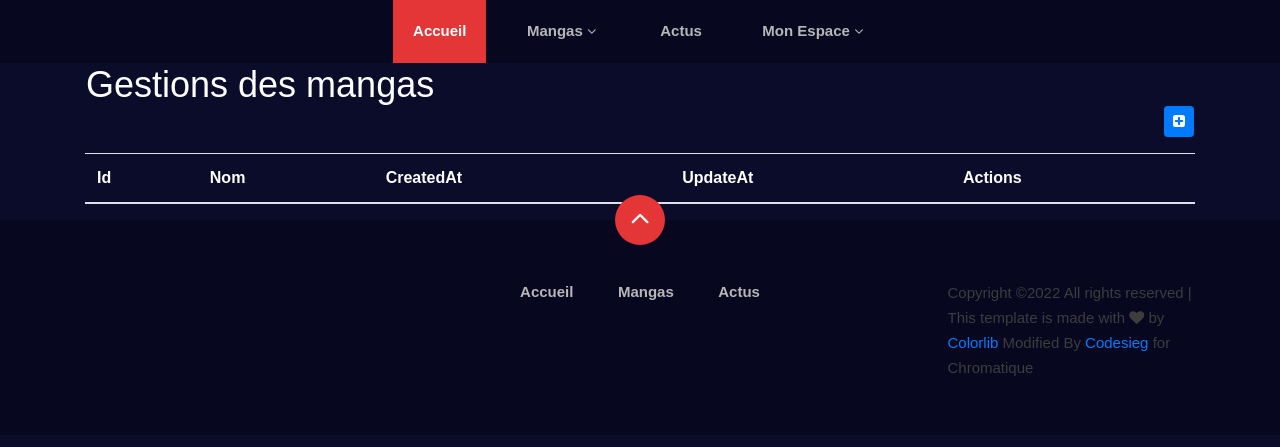
Repository: Codesieg/Chromatique
Page: chromatique/resources/views/admin/browse.blade.php
An editor plug-in stored every save of this project. The page is shown before and after the next save, followed by the edit.
The browser window is 1280 px wide. The pictures show the whole page.
Some web fonts or font styles are not loaded; a fallback is used. The page is served by the project's Laravel application, run on PHP 8.4 with Laravel 8. Other server files are loaded and not shown. The template is opened directly, without the code that normally fills it, so the values that code supplies are empty.

Above is the page before, as saved 2022-04-03 16:29:14.

### chromatique/routes/web.php
<?php


use Illuminate\Support\Facades\Auth;
use Illuminate\Support\Facades\Route;
use App\Http\Controllers\PagesController;
use App\Http\Controllers\TomesController;
use App\Http\Controllers\MangasController;
use App\Http\Controllers\Auth\LoginController;
use App\Http\Controllers\Admin\AdminTomesController;
use App\Http\Controllers\Admin\AdminMangasController;


/*
|--------------------------------------------------------------------------
| Web Routes
|--------------------------------------------------------------------------
|
| Here is where you can register web routes for your application. These
| routes are loaded by the RouteServiceProvider within a group which
| contains the "web" middleware group. Now create something great!
|
*/
//-------------- Route front ----------------
// Route::get('/', [MangasController::class,'browse'])->name('browse_mangas');

Route::get(
    '/',
    [MangasController::class, 'browse']
)->name('browse_mangas');

Route::get(
    '/tome/browse/{id}',
    [TomesController::class,'browse']
)->name('browse_tomes');

Route::get(
    '/tome/page/{id}',
    [PagesController::class,'read']
)->name('browse_pages');

// Route::post(
//     '/logout',
//     [LoginController::class,'logout']
// )->name('user_logout');

//-------------- Route back-office manga ----------------

Route::get(
    '/admin',
    [AdminMangasController::class, 'browse']
)->name('admin_browse_mangas')->middleware('auth');

// Route affichant le formulaire d'ajout d'un manga
Route::get(
    '/admin/add/manga',
    [AdminMangasController::class, 'form']
)->name('admin_form_manga')->middleware('auth');

//  Route ajoutant le manga, au clique sur le formulaire
Route::post(
    '/admin/add/manga',
    [AdminMangasController::class, 'add']
)->name('admin_add_manga')->middleware('auth');

// Supprimer un manga
Route::delete(
    '/admin/delete/{id}',
    [AdminMangasController::class, 'delete']
)->name('admin_delete_manga')->middleware('auth');

//  Route qui vient scanner le dossier publique au clique sur le bouton scanner
Route::post(
    '/admin/insert',
    [AdminMangasController::class, 'insert']
)->name('admin_insert_manga')->middleware('auth');

// Permet d'afficher le forms de modification d'un manga
Route::get(
    '/admin/manga/edit/{id}',
    [AdminMangasController::class, 'form_edit']
)->name('admin_form_edit_manga')->middleware('auth');

// Permet d'enregistrer les modifications d'un manga
Route::post(
    '/admin/manga/edit/{id}',
    [AdminMangasController::class, 'edit']
)->name('admin_edit_manga')->middleware('auth');

//-------------- Route back-office tome ----------------

// On récupère l'id du manga sur cette route et on affiche le formulaire d'ajout d'un tome par rapport à ça franchise
Route::get(
    '/admin/add/tome/{id}',
    [AdminTomesController::class, 'form']
)->name('admin_form_tome')->middleware('auth');

// On ajoute un tome
Route::post(
    '/admin/add/tome',
    [AdminTomesController::class, 'add']
)->name('admin_add_tome')->middleware('auth');

// On liste tous les tomes de tous les mangas
Route::get(
    '/admin/tome/',
    [AdminTomesController::class, 'browse']
)->name('admin_browse_tomes')->middleware('auth');

// On liste tous les tomes d'un manga
Route::get(
    '/admin/tome/{id}',
    [AdminTomesController::class, 'read']
)->name('admin_read_tome')->middleware('auth');

// Permet de supprimer un tome
Route::delete(
    '/admin/delete/tome/{id}',
    [AdminTomesController::class, 'delete']
)->name('admin_delete_tome')->middleware('auth');

// Permet de modifier un tome
Route::get(
    '/admin/tome/edit/{id}',
    [AdminTomesController::class, 'edit']
)->name('admin_edit_tome')->middleware('auth');

// ---------------route d'authentification------------

Auth::routes();

### chromatique/app/Http/Controllers/Auth/ConfirmPasswordController.php
<?php

namespace App\Http\Controllers\Auth;

use App\Http\Controllers\Controller;
use App\Providers\RouteServiceProvider;
use Illuminate\Foundation\Auth\ConfirmsPasswords;

class ConfirmPasswordController extends Controller
{
    /*
    |--------------------------------------------------------------------------
    | Confirm Password Controller
    |--------------------------------------------------------------------------
    |
    | This controller is responsible for handling password confirmations and
    | uses a simple trait to include the behavior. You're free to explore
    | this trait and override any functions that require customization.
    |
    */

    use ConfirmsPasswords;

    /**
     * Where to redirect users when the intended url fails.
     *
     * @var string
     */
    protected $redirectTo = RouteServiceProvider::LOGIN;

    /**
     * Create a new controller instance.
     *
     * @return void
     */
    public function __construct()
    {
        $this->middleware('auth');
    }
}

### chromatique/resources/views/admin/browse.blade.php
@extends ('layout')

@section('contenu')

<div class="container">
    <h2 class="white mx-3">Gestions des mangas</h2>
    <div class="d-flex justify-content-end mb-3 px-3">
        <button type="button" class="btn btn-primary btn-sm white"><a class="text-decoration-none text-white" href="{{route('admin_form_manga')}}"><i class="fa fa-plus-square white"></i></a></button>
    </div>
    <div class="col-12">
        <table class="table">
            <thead>
            <tr>
                <th class="text-white">Id</th>
                <th class="text-white">Nom</th>
                <th class="text-white">CreatedAt</th>
                <th class="text-white">UpdateAt</th>
                <th class="text-white">Actions</th>
            </tr>
            </thead>
            <tbody>
            @foreach ($listMangas as $manga)
            <tr>
                <td class="text-white">{{$manga->id}}</td>
                <td class="text-white">{{$manga->manga_name}}</td>
                <td class="text-white">{{$manga->created_at}}</td>
                <td class="text-white">{{$manga->update_at}}</td>
                <td class="btn-actions">
                    <div class="d-flex">
                        <button type="button" class="btn btn-success btn-sm">
                            <a class="text-decoration-none text-white"  href="{{route('admin_form_edit_manga', ['id' => $manga->id]) }}" data-toggle="tooltip" data-placement="bottom" title="Modifier le manga"><i class="fa fa-edit white"></i></a>
                        </button>

                        <button type="button" class="btn btn-success btn-sm mx-2">
                            <a class="text-decoration-none text-white" href="{{route('admin_read_tome', ['id' => $manga->id]) }}" data-toggle="tooltip" data-placement="bottom" title="Voir les tomes"><i class="fa fa-eye white"></i></a>
                        </button>
                            <form action="{{route('admin_delete_manga', ['id' => $manga->id])}}" method="post">
                                <button type="submit" class="btn-trash">
                                    <i class="fa fa-trash white"></i>
                                    <input type="hidden" name="_method" value="delete" />
                                    @csrf
                                </button>
                            </form>
                    </div>
                </td>
            </tr>
            @endforeach
            </tbody>
        </table>
    </div>
</div>
@endsection

### chromatique/resources/views/layout.blade.php
<!DOCTYPE html>
<html lang="french">

<head>
    <meta charset="UTF-8">
    <meta name="description" content="Chromatique team">
    <meta name="keywords" content="Manga, unica, creative, html">
    <meta name="viewport" content="width=device-width, initial-scale=1.0">
    <meta http-equiv="X-UA-Compatible" content="ie=edge">
    <title>Chromatique</title>

    <!-- Google Font -->
    <link href="https://fonts.googleapis.com/css2?family=Oswald:wght@300;400;500;600;700&display=swap" rel="stylesheet">
    <link href="https://fonts.googleapis.com/css2?family=Mulish:wght@300;400;500;600;700;800;900&display=swap"
    rel="stylesheet">

    <!-- Css Styles -->
    <link rel="stylesheet" href=<?= asset('assets/css/bootstrap.min.css') ?> type="text/css">
    <link rel="stylesheet" href=<?= asset('assets/css/font-awesome.min.css') ?> type="text/css">
    <link rel="stylesheet" href=<?= asset('assets/css/elegant-icons.css') ?> type="text/css">
    <link rel="stylesheet" href=<?= asset('assets/css/plyr.css') ?> type="text/css">
    <link rel="stylesheet" href=<?= asset('assets/css/nice-select.css') ?> type="text/css">
    <link rel="stylesheet" href=<?= asset('assets/css/owl.carousel.min.css') ?> type="text/css">
    <link rel="stylesheet" href=<?= asset('assets/css/slicknav.min.css') ?> type="text/css">
    <link rel="stylesheet" href=<?= asset('assets/css/style.css') ?> type="text/css">
</head>
<!-- Page Preloder -->
<div id="preloder">
    <div class="loader"></div>
</div>

    <!-- Header Section Begin -->
    <header class="header">
        <div class="container">
            <div class="row">
                <div class="col-lg-2">
                    <div class="header__logo">
                        <a href="{{route('browse_mangas')}}">
                            <img src="img/logo.png" alt="">
                        </a>
                    </div>
                </div>
                <div class="col-lg-8">
                    <div class="header__nav">
                        <nav class="header__menu mobile-menu">
                            <ul>
                                <li class="active"><a href="{{route('browse_mangas')}}">Accueil</a></li>
                                <li><a>Mangas<span class="arrow_carrot-down"></span></a>
                                    <ul class="dropdown">
                                        <li><a href="">Naruto</a></li>
                                        <li><a href="">Bleach</a></li>
                                        <li><a href="">Alice in Borderland</a></li>
                                        <li><a href="">One Piece</a></li>
                                        <li><a href="">Death Note</a></li>
                                        <li><a href="">Dragon Ball</a></li>
                                    </ul>
                                </li>
                                <li><a href="">Actus</a></li>
                                {{-- <li><a href="#">Contacts</a></li> --}}
                                {{-- <a href="#" class="search-switch"><span class="icon_search"></span></a> --}}
                                <li><a>Mon Espace<span class="arrow_carrot-down"></span></a>
                                    <ul class="dropdown">
                                        @if (!Auth::check())
                                        <li><a href="{{route('login')}}">Connexion</a></li>
                                            <li><a href="{{route('register')}}">Inscription</a></li>
                                        @else
                                        <li>
                                            <a href="{{ route('logout') }}"
                                            onclick="event.preventDefault();
                                                                document.getElementById('logout-form').submit();">
                                                {{ __('Deconnexion') }}
                                            </a>
                                            <form id="logout-form" action="{{ route('logout') }}" method="POST" style="display: none;">
                                                @csrf
                                            </form>
                                            @endif
                                        </li>

                                        @if (Auth::check())
                                        <li><a href="{{route('admin_browse_mangas')}}">Gestion Manga</a></li>
                                        <li><a href="{{route('admin_browse_tomes')}}">Gestion Tome</a></li>
                                        <li><a href="">Gestion des utilisateur</a></li>
                                        @endif
                                    </ul>
                                </li>
                            </ul>
                        </nav>
                    </div>
                </div>
            </div>
            <div id="mobile-menu-wrap"></div>
        </div>
    </header>
    <!-- Header End -->
<body>
    <!-- wrap -->
    @include('layouts/flash-message')
    <div class="wrapper">

    @yield('contenu')
    </div>


</body>
@include('layouts/footer')


<script src="https://cdn.jsdelivr.net/npm/bootstrap@5.0.0-beta3/dist/js/bootstrap.bundle.min.js" integrity="sha384-JEW9xMcG8R+pH31jmWH6WWP0WintQrMb4s7ZOdauHnUtxwoG2vI5DkLtS3qm9Ekf" crossorigin="anonymous"></script>
<!-- Js Plugins -->
<script src="<?= asset('assets/js/jquery-3.3.1.min.js') ?>"></script>
<script src="<?= asset('assets/js/bootstrap.min.js') ?>"></script>
<script src="<?= asset('assets/js/player.js') ?>"></script>
<script src="<?= asset('assets/js/jquery.nice-select.min.js') ?>"></script>
<script src="<?= asset('assets/js/mixitup.min.js') ?>"></script>
<script src="<?= asset('assets/js/jquery.slicknav.js') ?>"></script>
<script src="<?= asset('assets/js/owl.carousel.min.js') ?>"></script>
<script src="<?= asset('assets/js/main.js') ?>"></script>
</html>

### chromatique/resources/views/layouts/flash-message.blade.php
@if ($message = Session::get('success'))
<div class="alert alert-success alert-block ">
        <strong>{{ $message }}</strong>
</div>
@endif


@if ($message = Session::get('error'))
<div class="alert alert-danger alert-block ">
        <strong>{{ $message }}</strong>
</div>
@endif


@if ($message = Session::get('warning'))
<div class="alert alert-warning alert-block">
	<strong>{{ $message }}</strong>
</div>
@endif


@if ($message = Session::get('info'))
<div class="alert alert-info alert-block ">
	<strong>{{ $message }}</strong>
</div>
@endif


@if ($errors->any())
<div class="alert alert-danger ">
    Please check the form below for errors
</div>
@endif

### chromatique/resources/views/layouts/footer.blade.php
<!-- Footer Section Begin -->
<footer class="footer">
    <div class="page-up">
        <a href="#" id="scrollToTopButton"><span class="arrow_carrot-up"></span></a>
    </div>
    <div class="container">
        <div class="row">
            <div class="col-lg-3">
                <div class="footer__logo">
                    <a href="./index.html"><img src="" alt=""></a>
                </div>
            </div>
            <div class="col-lg-6">
                <div class="footer__nav">
                    <ul>
                        <li class="active"><a href="{{route('browse_mangas')}}">Accueil</a></li>
                        <li><a href="{{route('browse_mangas')}}">Mangas</a></li>
                        <li><a href="">Actus</a></li>
                    </ul>
                </div>
            </div>
            <div class="col-lg-3">
                <p><!-- Link back to Colorlib can't be removed. Template is licensed under CC BY 3.0. -->
                Copyright &copy;<script>document.write(new Date().getFullYear());</script> All rights reserved | This template is made with <i class="fa fa-heart" aria-hidden="true"></i> by <a href="https://colorlib.com" target="_blank">Colorlib</a>
                Modified By <a href="http://chromatique.codesieg.fr">Codesieg </a>for Chromatique
                <!-- Link back to Colorlib can't be removed. Template is licensed under CC BY 3.0. --></p>

            </div>
        </div>
    </div>
</footer>
<!-- Footer Section End -->

Loaded but not shown: chromatique/app/Providers/AppServiceProvider.php (common file); chromatique/app/Http/Controllers/Controller.php (common file); chromatique/public/assets/css/bootstrap.min.css (library); chromatique/public/assets/css/font-awesome.min.css (library); chromatique/public/assets/css/plyr.css (library); chromatique/public/assets/css/nice-select.css (common file); chromatique/public/assets/css/owl.carousel.min.css (library); chromatique/public/assets/css/slicknav.min.css (common file); chromatique/public/assets/js/jquery-3.3.1.min.js (library); chromatique/public/assets/js/bootstrap.min.js (library); chromatique/public/assets/js/player.js (library); chromatique/public/assets/js/jquery.nice-select.min.js (common file); chromatique/public/assets/js/mixitup.min.js (library); chromatique/public/assets/js/jquery.slicknav.js (library); chromatique/public/assets/js/owl.carousel.min.js (library); chromatique/public/assets/js/main.js (101 lines, source omitted); chromatique/public/assets/css/style.css (2403 lines, source omitted); chromatique/public/assets/css/elegant-icons.css (1157 lines, source omitted)

After the next save:
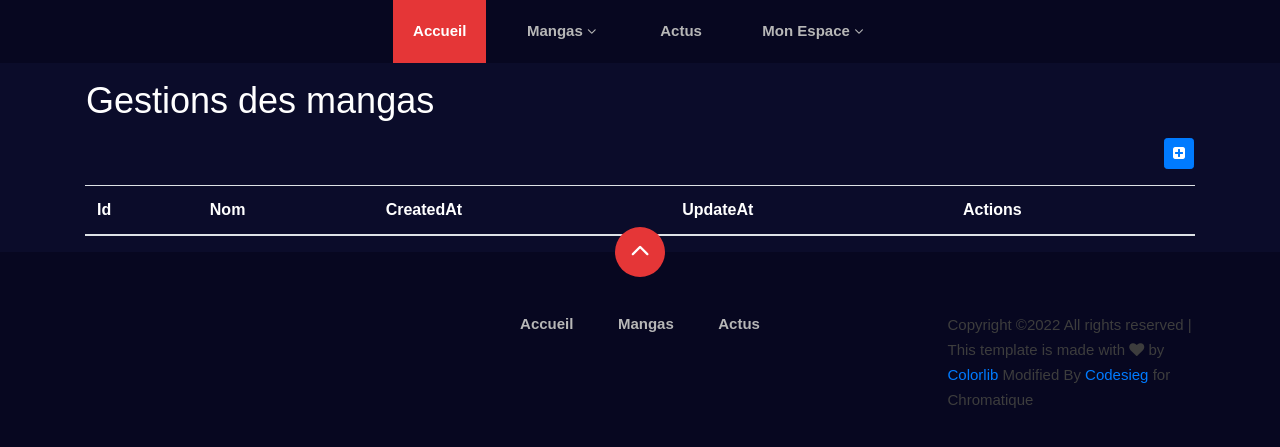
Saved 11 s later.
--- a/chromatique/resources/views/admin/browse.blade.php
+++ b/chromatique/resources/views/admin/browse.blade.php
@@ -3,7 +3,7 @@
 @section('contenu')
 
 <div class="container">
-    <h2 class="white mx-3">Gestions des mangas</h2>
+    <h2 class="white m-3">Gestions des mangas</h2>
     <div class="d-flex justify-content-end mb-3 px-3">
         <button type="button" class="btn btn-primary btn-sm white"><a class="text-decoration-none text-white" href="{{route('admin_form_manga')}}"><i class="fa fa-plus-square white"></i></a></button>
     </div>
